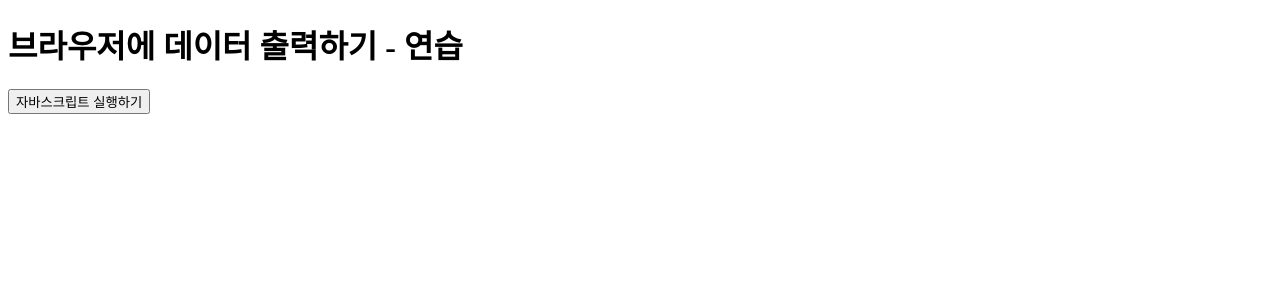
Repository: snowcuphea/webwork_class
Page: clientweb/WebContent/js_basic/js_basic_test01.html
An editor plug-in stored every save of this project. The page is shown before and after the next save, followed by the edit.
The browser window is 1280 px wide. The pictures show the whole page.

Above is the page before, as saved 2020-01-07 01:34:37.

### clientweb/WebContent/js_basic/js_basic_test01.html
<!-- 자바스크립트를 사용하는 방법 -->
<!DOCTYPE html>
<html>
<head>
<meta charset="EUC-KR">
<title>Insert title here</title>
<script type="text/javascript">
	//2. head태그 안에 function을 정의하고 사용하는 방법
	function test() {
		alert("테스트 중 - 자바스크립트 사용방법");
	}
</script>
</head>
<body>
	<!-- 1.body태그 안에 직접 정의 -->
	<script type="text/javascript">
	//한 줄 주석
	/* 자바와 동일한
	여러 줄 주석 */
		document.write("<h1>브라우저에 데이터 출력하기 - 연습</h1>");
		//사실 document.write는 잘 안쓴다. 그냥 연습용
		test(); //자바의 메소드 호출방법과 동일


	</script>
	<!-- 3. 태그내부에서 inline으로 사용하는 방법 : 이벤트핸들러에 연결  -->
	<!-- 이벤트 : 마우스나 키보드의움직임 -->
	<input type = "button" value = "자바스크립트 실행하기"
	onclick="">

</body>
</html>

After the next save:
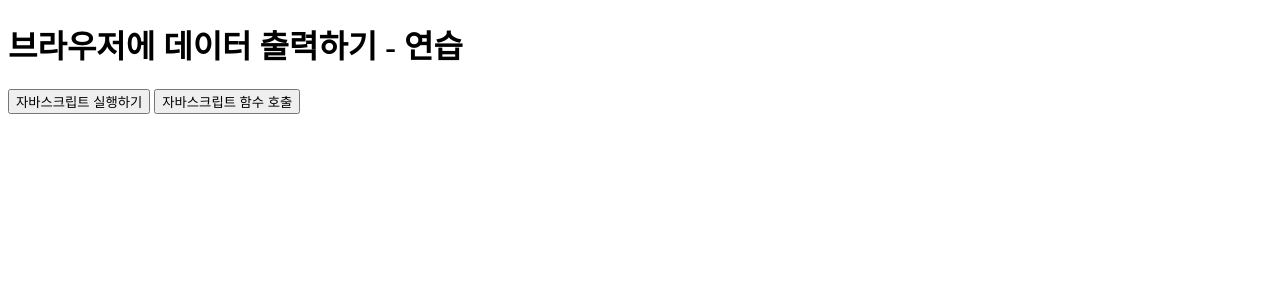
Saved 78 s later.
--- a/clientweb/WebContent/js_basic/js_basic_test01.html
+++ b/clientweb/WebContent/js_basic/js_basic_test01.html
@@ -26,7 +26,9 @@
 	<!-- 3. 태그내부에서 inline으로 사용하는 방법 : 이벤트핸들러에 연결  -->
 	<!-- 이벤트 : 마우스나 키보드의움직임 -->
 	<input type = "button" value = "자바스크립트 실행하기"
-	onclick="">
+	onclick="alert('안녕')"><!-- 클릭이 발생하면, 메세지를 띄운다.  -->
+	<input type = "button" value ="자바스크립트 함수 호출"
+	onclick="test()" >
 
 </body>
 </html>
